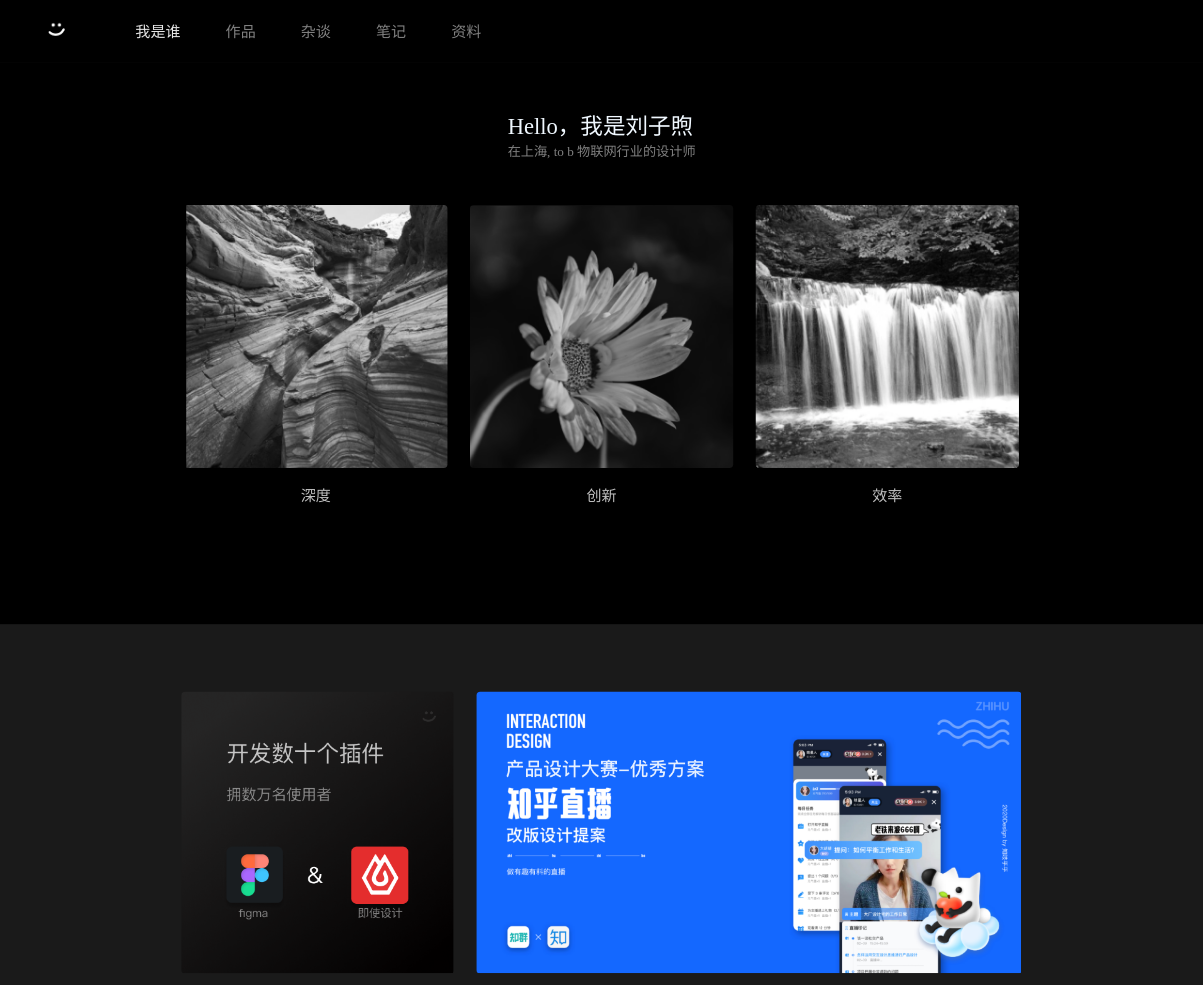
Repository: LiuZixu-aurelio/myblog-Vue
Page: /#/home/who
These files come from the project's save history. The page is drawn as it stood at one moment and after the next save; the edit follows.
The browser window is 1280 px wide. The pictures show the part of the page from y = 0 to 1048 px (the page is 2752 px tall before and 2644 px after), at 94% of full size.
Pictures or frames that could not be fetched are drawn as grey boxes. The project was rebuilt for these pictures with package versions that can differ from the ones it lists, and the page was loaded fresh each time. Also part of the build but not shown: vue.config.js, src/views/PreView.vue, src/components/cardCom.vue, src/views/project.vue, src/views/talk.vue, src/views/sign.vue, src/views/test.vue, src/components/detailCom.vue.

Above is the page before, as saved 2022-08-29 16:46:07.

After the next save:
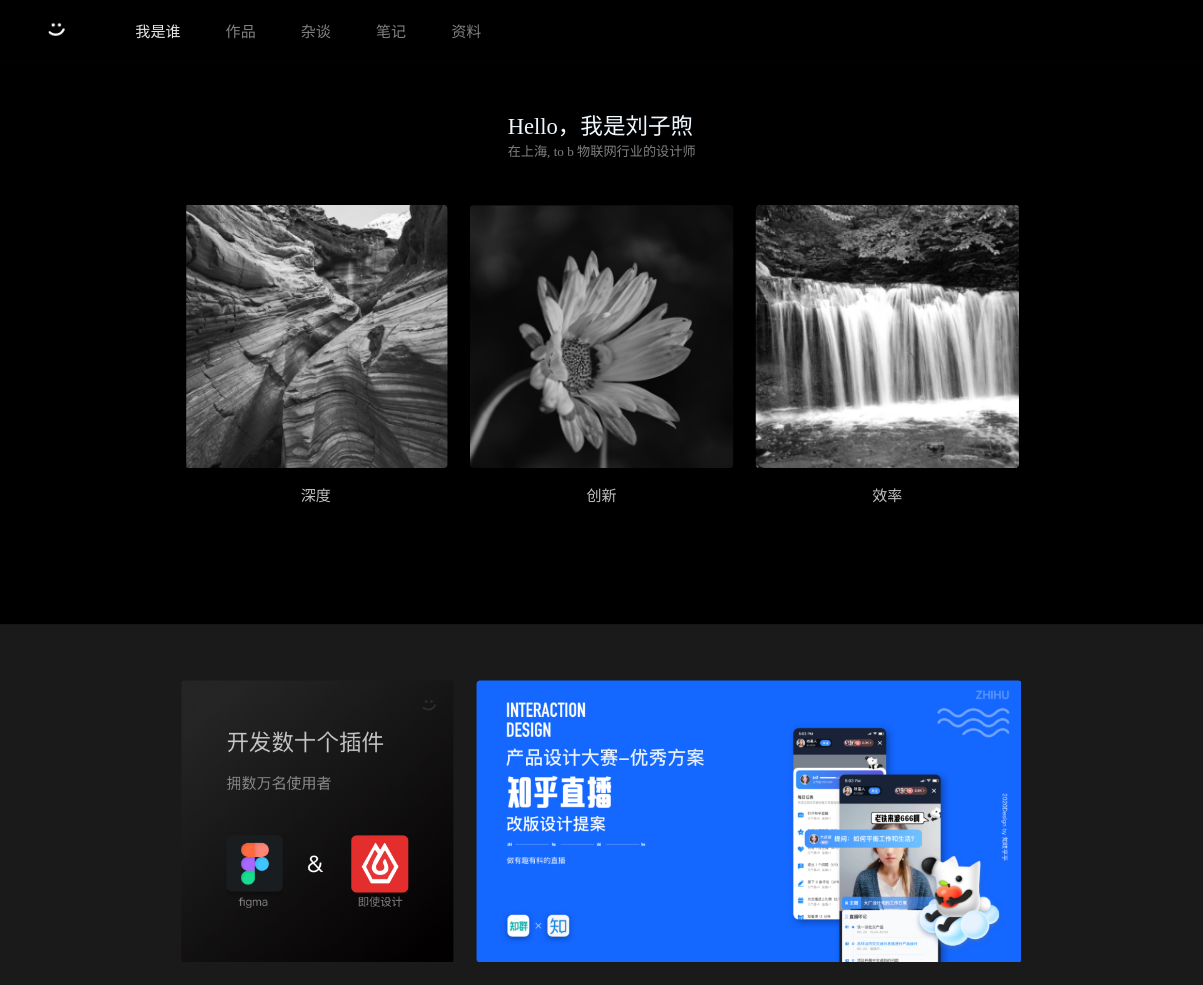
Saved 30 s later.
--- a/src/views/who.vue
+++ b/src/views/who.vue
@@ -156,7 +156,7 @@
 
 .project>div {
   height: auto;
-  margin: 24px 0px;
+  margin: 12px 0px;
   display: flex;
   justify-content: center;
 }
